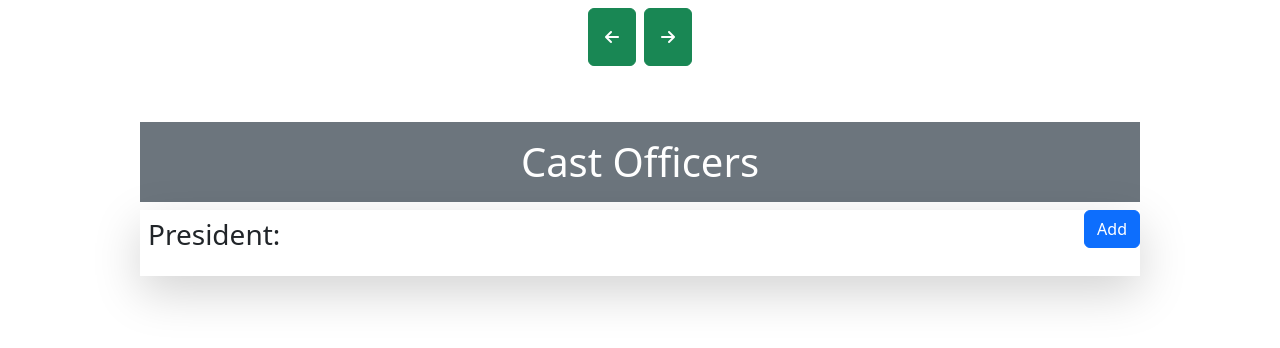
Repository: FRANZSAIJEM/livewire
Page: /second
The author's editor kept a copy of each file at every save. The page is drawn from the files as they stood at one save, then again after the next save.
The browser window is 1280 px wide. The pictures show the whole page.
The page's requests for data from a server got no answer. Some web libraries are served in a nearby version. The project was rebuilt for these pictures with package versions that can differ from the ones it lists, and the page was loaded fresh each time. No one was signed in, and anything a server would have sent is missing. Also part of the build but not shown: vite.config.ts.

Above is the page before, as saved 2023-02-18 08:05:31.

### index.html
<!DOCTYPE html>
<html lang="en">
  <head>
    <meta charset="UTF-8">
    <link rel="icon" href="/favicon.ico">
    <meta name="viewport" content="width=device-width, initial-scale=1.0">
    <link href="https://cdn.jsdelivr.net/npm/bootstrap@5.0.2/dist/css/bootstrap.min.css" rel="stylesheet" integrity="sha384-EVSTQN3/azprG1Anm3QDgpJLIm9Nao0Yz1ztcQTwFspd3yD65VohhpuuCOmLASjC" crossorigin="anonymous">
    <link rel="stylesheet" href="https://cdnjs.cloudflare.com/ajax/libs/font-awesome/6.3.0/css/all.min.css" integrity="sha512-SzlrxWUlpfuzQ+pcUCosxcglQRNAq/DZjVsC0lE40xsADsfeQoEypE+enwcOiGjk/bSuGGKHEyjSoQ1zVisanQ==" crossorigin="anonymous" referrerpolicy="no-referrer" />
    <title>Vite App</title>
  </head>
  <body class="bg-white">
    <div id="app"></div>
    <script type="module" src="/src/main.ts"></script>
  </body>
</html>

### src/main.ts
import { createApp } from "vue";
import { createPinia } from "pinia";

import App from "./App.vue";
import router from "./router";
import "bootstrap/dist/css/bootstrap.min.css"
import bootstrap from "bootstrap/dist/js/bootstrap.bundle.js"

import "./assets/main.css";

const app = createApp(App);

app.use(createPinia());
app.use(router);

app.mount("#app");

### src/App.vue
<script setup>
import { RouterLink, RouterView } from 'vue-router'
</script>

<template>


<RouterView />
</template>

<style scoped>
#navbar {
  background-color: 	#4682B4 !important;
}
</style>

### src/router/index.js
import { createRouter, createWebHistory } from "vue-router";


const router = createRouter({
  history: createWebHistory(import.meta.env.BASE_URL),
  routes: [
    {
      path: '/',
      name: 'home',
      component: () => import('../views/HomeView.vue')
    },

    {
      path: '/second',
      name: 'secondPage',
      component: () => import('../views/SecondPageView.vue')
    },
    {
      path: "/edit/:id",
      name: "edit",
      component: () => import('../views/EditView.vue'),
      props: true
    },

  ],
});

export default router;

### src/views/SecondPageView.vue
<template>
    <div class="body">
      <div class="d-inline-flex m-1">

        <RouterLink to="/" class="btn btn-success m-1 p-3"> <i class="fa fa-arrow-left"></i> </RouterLink>
        <RouterLink to="/second" class="btn btn-success m-1 p-3"> <i class=" fa fa-arrow-right"></i> </RouterLink>

      </div>

      <div class="content mt-5">



        <h1 class="bg-secondary p-3 text-center text-white">Cast Officers</h1>

          <form action="">
            <div class="input-group mb-5 shadow-lg">
            <!-- <input v-model="newNameInput" type="text" name="" id="" class="form-control p-2" placeholder="Name" required>

              <select v-model="newYearInput" name="" id="" class="form-select" required>
                <option value="BSIT - 1">BSIT - 1</option>
                <option value="BSIT - 2">BSIT - 2</option>
                <option value="BSIT - 3">BSIT - 3</option>
                <option value="BSIT - 4">BSIT - 4</option>
              </select>


              <select v-model="newAttendanceInput" name="" id="" class="form-select" typeof="text" required>
                <option value="Present">Present</option>
                <option value="Absent">Absent</option>
                <option value="Late">Late</option>
              </select>

              <button @click="addAttendance()" class="btn btn-success"><i class="fa fa-person"></i> Add</button> -->

            <div class="float-start">
              <label for="" class="form-label p-2">
              <h3>President:</h3>
            </label>
            </div>

            <div class="ms-lg-auto">
              <button class="btn btn-primary">Add</button>
            </div>

            </div>
          </form>



      <div v-for="attendance in attendances" :key="attendance.attendances" class="text-center">
        <div class="card-body">
          <div class="row">
            <table class="table table-striped table-bordered shadow-sm">
              <thead>
                <tr class="bg-secondary text-white">
                  <th>
                   Name
                  </th>
                  <th>
                   Year
                  </th>
                  <th>
                   Attendance
                  </th>
                  <th>
                   Action
                  </th>
                </tr>
              </thead>
              <tbody>
                <tr>
                  <td>
                    {{ attendance.name }}
                  </td>
                  <td>
                    {{ attendance.year }}
                  </td>
                  <td>
                    {{ attendance.attendance }}
                  </td>
                  <td>

                    <RouterLink :to="{ name: 'edit', params: { id: attendance.id }}" class="text-secondary" id="edit">
                        <button class="btn btn-success"><i class="fa fa-edit"></i> Edit</button>
                      </RouterLink>

                      <button class="btn btn-danger m-2 edit-button" data-bs-toggle="modal" data-bs-target="#exampleModal"> <i class="fa fa-remove"></i> Delete</button>

                  </td>
                </tr>
              </tbody>

            </table>

          </div>

        </div>

        <div class="modal fade" id="exampleModal" tabindex="-1" aria-labelledby="exampleModalLabel" aria-hidden="true">
                <div class="modal-dialog">
                  <div class="modal-content">
                    <div class="modal-header">
                      <h1 class="modal-title fs-5" id="exampleModalLabel">Delete Student</h1>
                      <button type="button" class="btn-close" data-bs-dismiss="modal" aria-label="Close"></button>
                    </div>
                    <div class="modal-body">
                      <h1>Are you sure you want to delete this student?</h1>
                    </div>
                    <div class="modal-footer">
                      <button type="button" class="btn btn-warning" data-bs-dismiss="modal"> <i class="fa fa-cancel"></i> Cancel</button>
                      <button @click="removeAttendance(attendance.id)" class="btn btn-danger m-2" data-bs-dismiss="modal"> <i class="fa fa-remove"></i> Yes</button>
                    </div>
                  </div>
                </div>
              </div>


              <div class="modal fade" id="editModal" tabindex="-1" aria-labelledby="editModalLabel" aria-hidden="true">
                <div class="modal-dialog">
                  <div class="modal-content">
                    <div class="modal-header">
                      <h1 class="modal-title fs-5" id="editModalLabel">Delete Student</h1>
                      <button type="button" class="btn-close" data-bs-dismiss="modal" aria-label="Close"></button>
                    </div>
                    <div class="modal-body">
                      <form>
                          <div class="mb-3">
                          <label for="name" class="col-form-label">Name: </label>
                          <input v-model="newNameInput" type="text" name="" id="" class="form-control p-2" placeholder="Name">
                          </div>


                          <div class="mb-3">
                          <label for="year" class="col-form-label">Year: </label>
                          <select v-model="newYearInput" name="" id="year" class="form-select">
                          <option value="BSIT - 1">BSIT - 1</option>
                          <option value="BSIT - 2">BSIT - 2</option>
                          <option value="BSIT - 3">BSIT - 3</option>
                          <option value="BSIT - 4">BSIT - 4</option>
                          </select>
                          </div>

                          <div class="mb-3">
                          <label for="attendance" class="col-form-label">Attendance: </label>
                          <select v-model="newAttendanceInput" name="" id="attendance" class="form-select" typeof="text">
                          <option value="Present">Present</option>
                          <option value="Absent">Absent</option>
                          <option value="Late">Late</option>
                          </select>
                      </div>

                      </form>
                    </div>
                    <div class="modal-footer">
                      <button type="button" class="btn btn-warning" data-bs-dismiss="modal"> <i class="fa fa-cancel"></i> Cancel</button>
                      <button @click="updateTask()" class="btn btn-danger m-2" data-bs-dismiss="modal"> <i class="fa fa-remove"></i> Yes</button>
                    </div>
                  </div>
                </div>
              </div>
      </div>




      </div>

    </div>

  </template>
  <script setup>
  import {ref, onMounted} from 'vue'
  import {db} from '../firebase/index.js'
  import {addDoc, collection, onSnapshot,deleteDoc, doc, updateDoc} from "firebase/firestore";
  import { RouterLink, RouterView } from 'vue-router'
  import { useRouter } from 'vue-router'



  onMounted(async()=>{
    const q = (collection(db, "attendance2"));

    onSnapshot(q,(querySnapshot)=> {


      const attendancesTmp = []


    querySnapshot.forEach((doc) => {

      const attendance = {
        id: doc.id,
        name: doc.data().name,
        year: doc.data().year,
        attendance: doc.data().attendance,
        completed: doc.data().completed
      }

      attendancesTmp.push(attendance)
    });
    attendances.value = attendancesTmp
    })
  })





  const newNameInput = ref('')
  const newYearInput = ref('BSIT - 1')
  const newAttendanceInput = ref('Present')

  const attendances = ref([])
  const id = ref(1)








  const addAttendance = async () => {
    if (newNameInput.value != '' && newYearInput.value != '' && newAttendanceInput.value != ''){

      await addDoc(collection(db,"attendance2"),{
        name:newNameInput.value,
        year: newYearInput.value,
        attendance: newAttendanceInput.value,
        completed: false
      })
      newNameInput.value = ''
      newYearInput.value = 'BSIT - 1'
      newAttendanceInput.value = 'Present'
    }
  }



  const removeAttendance = (id) => {
    deleteDoc(doc(db,"attendance2",id));
  }




  </script>

  <style>
  .content{
    width: 1000px;
  }
  .body{
    display: grid;
    place-items: center;
  }
  .line-through{
    text-decoration: line-through;
  }
  </style>

### src/Firebase/index.js
// Import the functions you need from the SDKs you need
import { initializeApp } from "firebase/app";
import { getFirestore } from "firebase/firestore";
// TODO: Add SDKs for Firebase products that you want to use
// https://firebase.google.com/docs/web/setup#available-libraries

// Your web app's Firebase configuration
// For Firebase JS SDK v7.20.0 and later, measurementId is optional
const firebaseConfig = {
  apiKey: "AIzaSyAMX2o86vjz4t0_o5yzBAC3be4yvcYFosY",
  authDomain: "mejiasfirebase.firebaseapp.com",
  projectId: "mejiasfirebase",
  storageBucket: "mejiasfirebase.appspot.com",
  messagingSenderId: "186163636848",
  appId: "1:186163636848:web:b2eff6247b796bf2f162b5",
  measurementId: "G-HE38LXTCYT"
};

// Initialize Firebase
const app = initializeApp(firebaseConfig);
const db = getFirestore(app);

export {db}

Loaded but not shown: src/assets/main.css (no stored copy; drawn as an empty file)

After the next save:
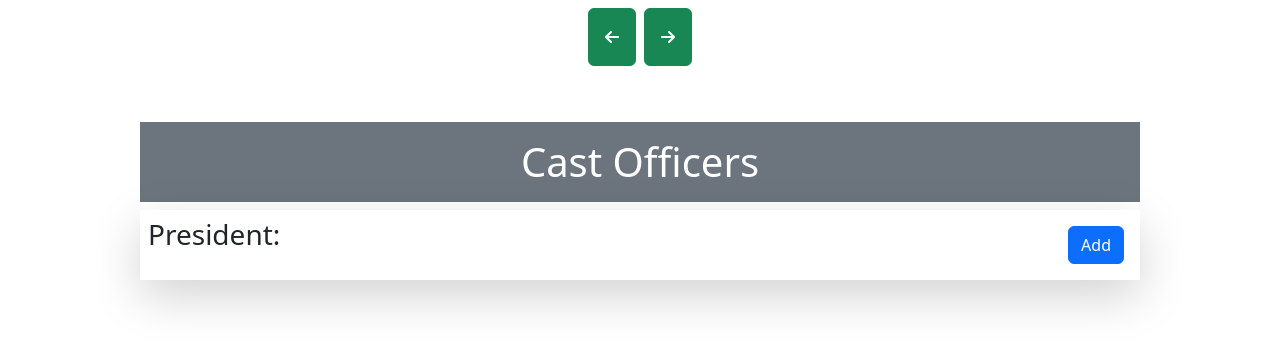
Saved 12 s later.
--- a/src/views/SecondPageView.vue
+++ b/src/views/SecondPageView.vue
@@ -39,7 +39,7 @@
             </label>
             </div>
 
-            <div class="ms-lg-auto">
+            <div class="ms-lg-auto m-3">
               <button class="btn btn-primary">Add</button>
             </div>
 
